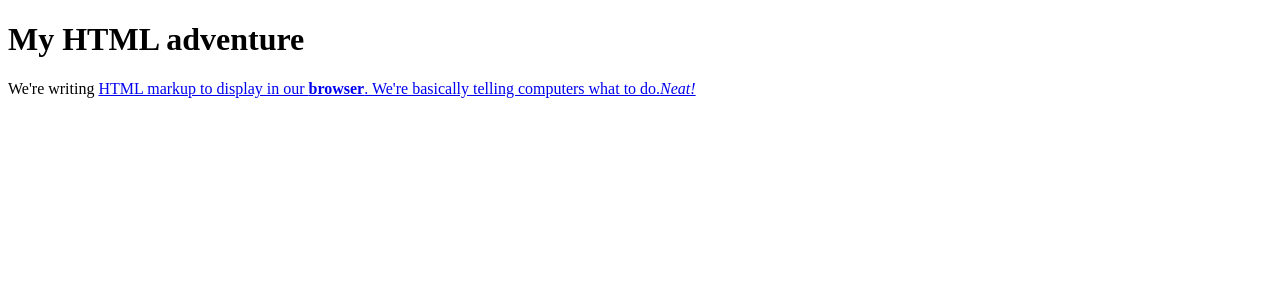
Repository: peterclermy232/phase-0-the-dom-editing-lab
Page: index.html
An editor plug-in stored every save of this project. The page is shown before and after a run of saves, followed by the edit.
The browser window is 1280 px wide. The pictures show the whole page.

Above is the page before, as saved 2022-06-02 19:15:26.

### index.html
<!-- Write your code here! -->
<!DOCTYPE html>
<html lang="en">
<head>
    <meta charset="UTF-8">
    <meta http-equiv="X-UA-Compatible" content="IE=edge">
    <meta name="viewport" content="width=device-width, initial-scale=1.0">
    <title>Introduction to the DOM Lab</title>
</head>
<body>
    <h1>My HTML adventure</h1>
    <p>
        We're writing
        <a href="https://developer.mozilla.org/en-US/docs/Web/HTML"> HTML markup to display in our <strong>browser</strong>.
        We're basically telling computers what to do.<em>Neat!</em>
    </p>
</body>
</html>

After the next 3 saves:
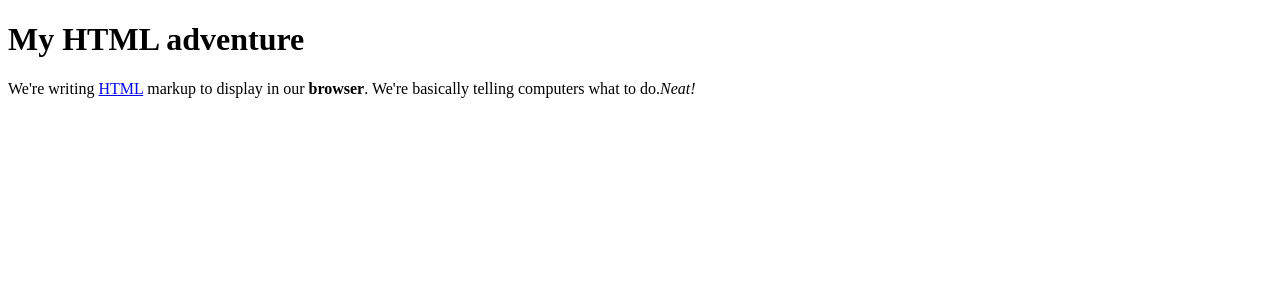
The 3 saves are shown as one change because they came seconds apart.
The last was saved 8 s later.
--- a/index.html
+++ b/index.html
@@ -11,7 +11,7 @@
     <h1>My HTML adventure</h1>
     <p>
         We're writing
-        <a href="https://developer.mozilla.org/en-US/docs/Web/HTML"> HTML markup to display in our <strong>browser</strong>.
+        <a href="https://developer.mozilla.org/en-US/docs/Web/HTML"> HTML</a> markup to display in our <strong>browser</strong>.
         We're basically telling computers what to do.<em>Neat!</em>
     </p>
 </body>
